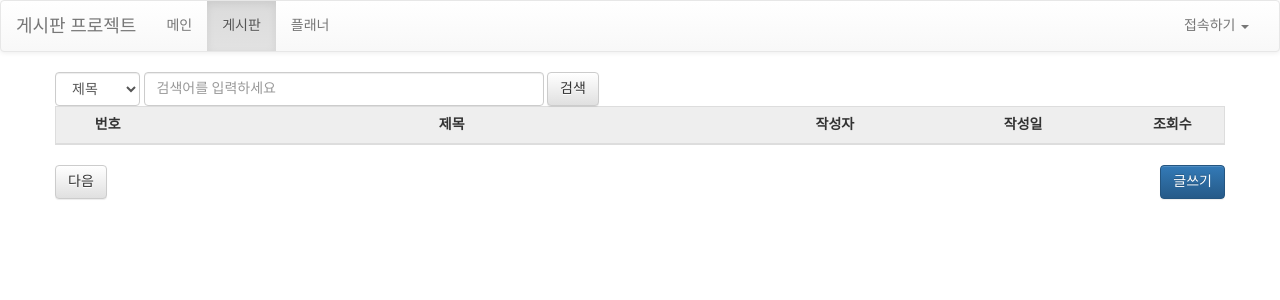
Repository: Seok7975/Project_PlannerSharingBoard
Page: http://localhost/ToDoList공유_게시판_ver3/bbs.jsp?bbsCategory=all
The author's editor kept a copy of each file at every save. The page is drawn from the files as they stood at one save, then again after the next save.
The browser window is 1280 px wide. The pictures show the whole page.
Some web fonts or font styles are not loaded; a fallback is used. Some web libraries are served in a nearby version. The page is served by Tomcat 9. Queries for data that is not in the repository find no rows.

Above is the page before, as saved 2024-07-03 05:40:12.

After the next save:
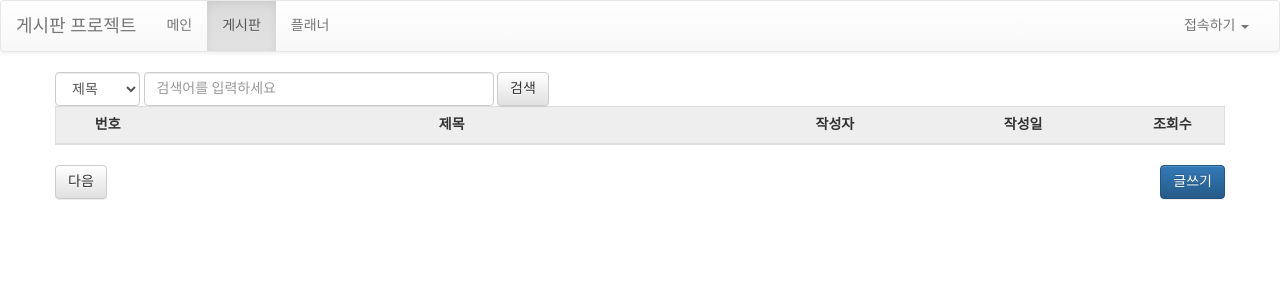
Saved 16 s later.
--- a/List_Projects_ver3/ToDoList공유 게시판_ver3/src/main/webapp/bbs.jsp
+++ b/List_Projects_ver3/ToDoList공유 게시판_ver3/src/main/webapp/bbs.jsp
@@ -233,7 +233,7 @@
                     </select>
                 </div>
                 <div class="form-group">
-                    <input type="text" class="form-control" name="searchKeyword" placeholder="검색어를 입력하세요" value="<%= (searchKeyword != null && !searchKeyword.equals("")) ? searchKeyword : "" %>" style="width: 400px;">
+                    <input type="text" class="form-control" name="searchKeyword" placeholder="검색어를 입력하세요" value="<%= (searchKeyword != null && !searchKeyword.equals("")) ? searchKeyword : "" %>" style="width: 350px;">
                 </div>
                 <button type="submit" class="btn btn-default">검색</button>
             </form>
